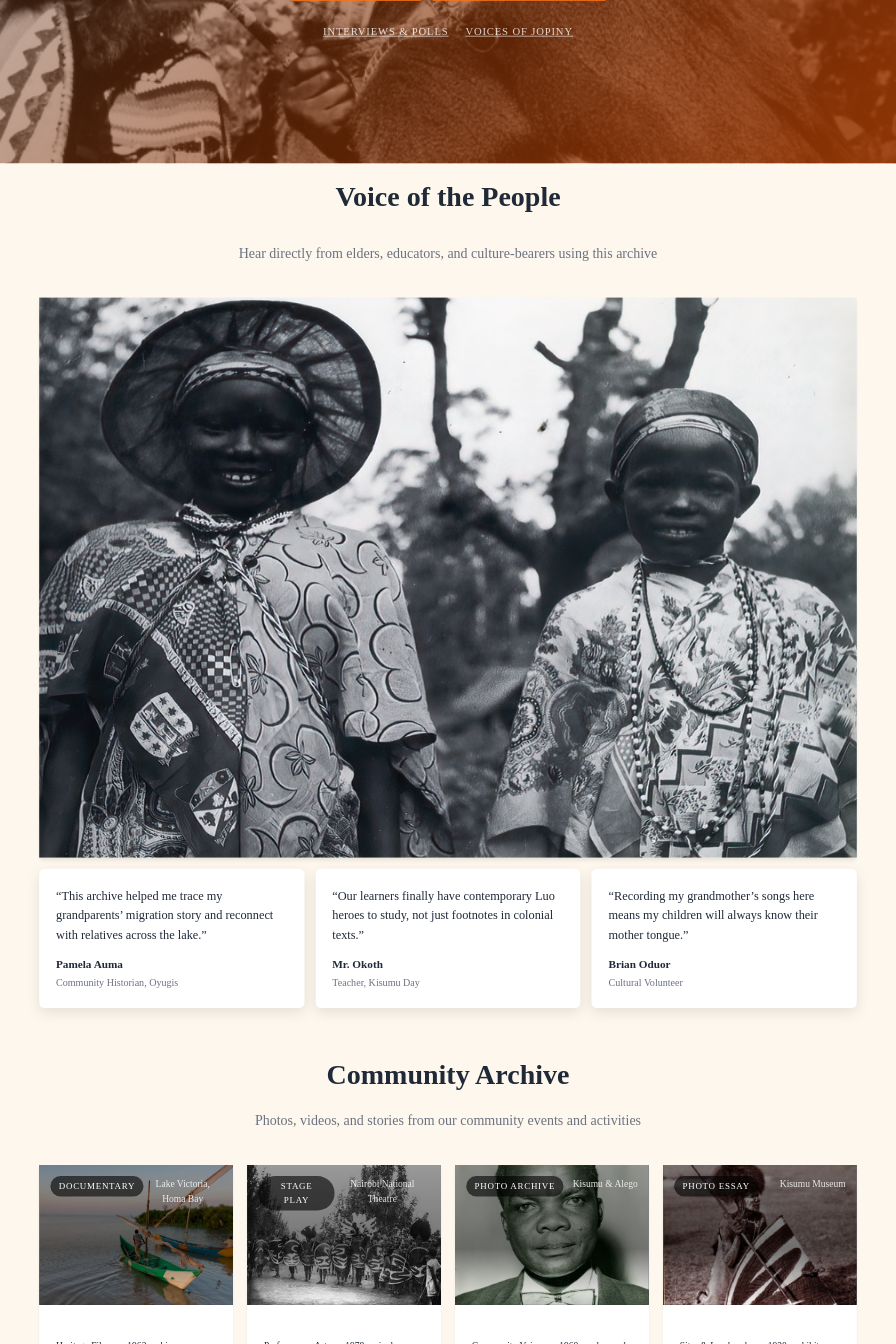
Repository: ianfranko/luo-community-history
Page: /
An editor plug-in stored every save of this project. The page is shown before and after the next save, followed by the edit.
The browser window is 1280 px wide. The pictures show the part of the page from y = 483 to 2403 px (the page is 4272 px tall before and 4224 px after), at 70% of full size.
The project was rebuilt for these pictures with package versions that can differ from the ones it lists, and the page was loaded fresh each time. The framework's server and built-in components were replaced by stand-ins that run in the browser. Also part of the build but not shown: next.config.ts.

Above is the page before, as saved 2025-11-23 06:58:00.

After the next save:
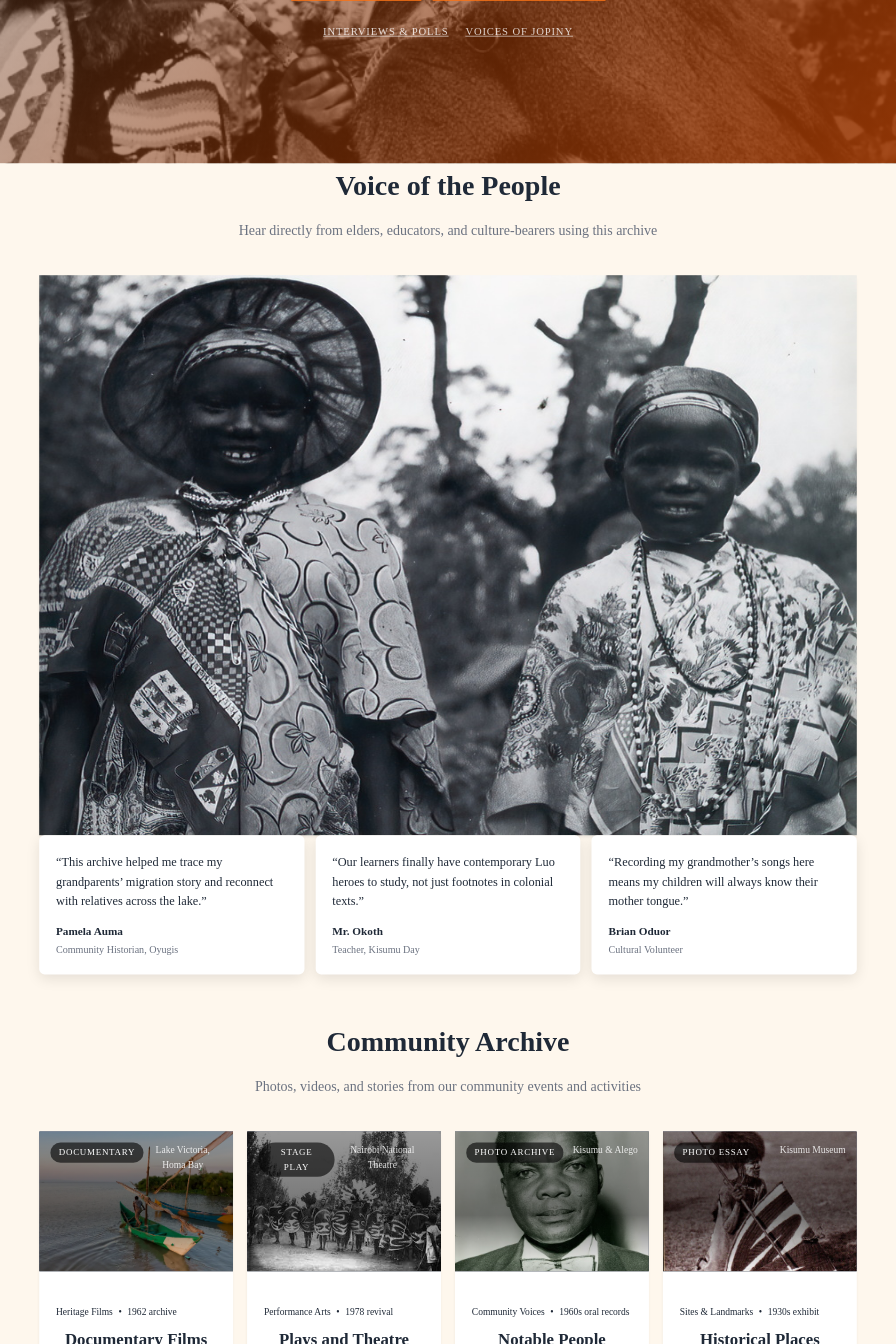
Saved 38 s later.
--- a/src/app/page.tsx
+++ b/src/app/page.tsx
@@ -186,30 +186,30 @@
       </section>*/}
       <section
   id="voices"
-  className="h-[80vh] flex flex-col items-center justify-start overflow-hidden pt-6"
+  className="h-[80vh] flex flex-col items-center justify-start overflow-hidden pt-4"
 >
   <div className="container max-w-6xl mx-auto flex flex-col h-full">
 
     {/* Title */}
-    <h2 className="section-title py-4 text-center mb-1">Voice of the People</h2>
+    <h2 className="section-title text-center mb-1">Voice of the People</h2>
 
     {/* Subtitle */}
-    <p className="section-subtitle text-center mb-4">
+    <p className="section-subtitle text-center mb-2">
       Hear directly from elders, educators, and culture-bearers using this archive
     </p>
 
-    {/* IMAGE (fixed height, always fits) */}
-    <div className="flex justify-center mb-4">
-  <Image
-    src="/luo_03.jpg"
-    alt="Community Archive"
-    width={1600}
-    height={800}
-    className="object-cover w-full max-w-2xl max-h-[8vh] shadow"
-  />
-</div>
-
-    {/* TESTIMONIALS — auto-fill remaining space */}
+    {/* IMAGE */}
+    <div className="flex justify-center mb-3">
+      <Image
+        src="/luo_03.jpg"
+        alt="Community Archive"
+        width={1600}
+        height={800}
+        className="object-cover w-full max-w-2xl max-h-[8vh] shadow"
+      />
+    </div>
+
+    {/* TESTIMONIALS */}
     <div className="grid grid-cols-1 md:grid-cols-3 gap-4 flex-grow overflow-hidden">
       {testimonials.map((voice) => (
         <blockquote key={voice.name} className="testimonial-card overflow-hidden p-4">
@@ -226,6 +226,7 @@
     </div>
   </div>
 </section>
+
 
 
       {/* Gallery Section */}

After the 3 saves that followed:
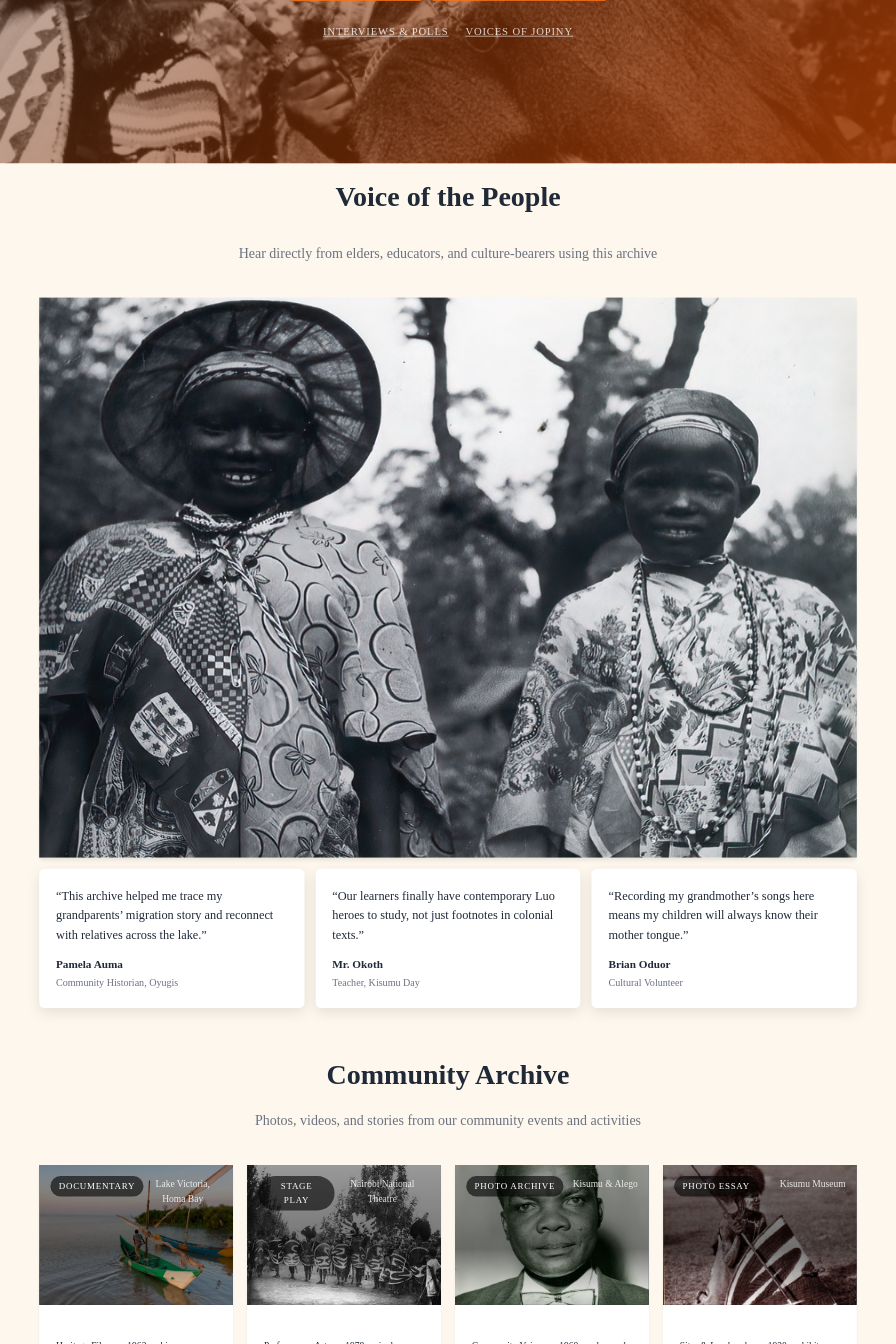
The 3 saves are shown as one change because 2 left the picture as it was.
The last was saved 90 s later.
--- a/src/app/page.tsx
+++ b/src/app/page.tsx
@@ -186,30 +186,30 @@
       </section>*/}
       <section
   id="voices"
-  className="h-[80vh] flex flex-col items-center justify-start overflow-hidden pt-4"
+  className="h-[80vh] flex flex-col items-center justify-start overflow-hidden pt-6"
 >
   <div className="container max-w-6xl mx-auto flex flex-col h-full">
 
     {/* Title */}
-    <h2 className="section-title text-center mb-1">Voice of the People</h2>
+    <h2 className="section-title py-4 text-center mb-1">Voice of the People</h2>
 
     {/* Subtitle */}
-    <p className="section-subtitle text-center mb-2">
+    <p className="section-subtitle text-center mb-4">
       Hear directly from elders, educators, and culture-bearers using this archive
     </p>
 
-    {/* IMAGE */}
-    <div className="flex justify-center mb-3">
-      <Image
-        src="/luo_03.jpg"
-        alt="Community Archive"
-        width={1600}
-        height={800}
-        className="object-cover w-full max-w-2xl max-h-[8vh] shadow"
-      />
-    </div>
-
-    {/* TESTIMONIALS */}
+    {/* IMAGE (fixed height, always fits) */}
+    <div className="flex justify-center mb-4">
+  <Image
+    src="/luo_03.jpg"
+    alt="Community Archive"
+    width={1600}
+    height={800}
+    className="object-cover w-full max-w-2xl max-h-[8vh] shadow"
+  />
+</div>
+
+    {/* TESTIMONIALS — auto-fill remaining space */}
     <div className="grid grid-cols-1 md:grid-cols-3 gap-4 flex-grow overflow-hidden">
       {testimonials.map((voice) => (
         <blockquote key={voice.name} className="testimonial-card overflow-hidden p-4">
@@ -226,7 +226,6 @@
     </div>
   </div>
 </section>
-
 
 
       {/* Gallery Section */}
